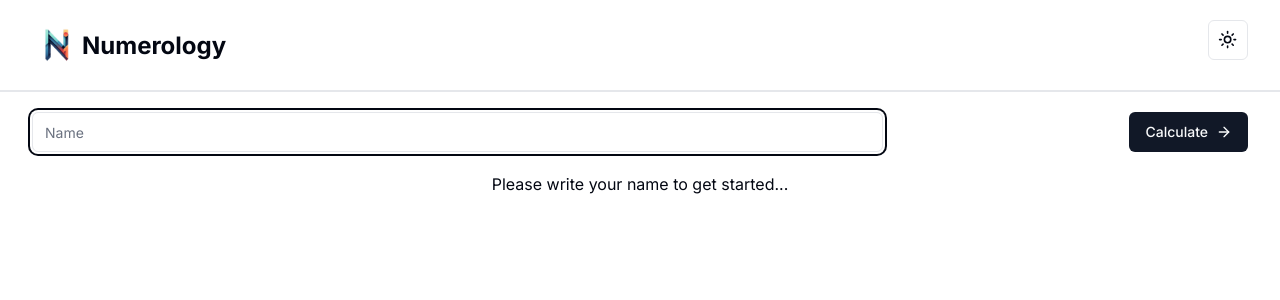
Repository: RaghunadhSahitDruvam/mynumerology
Page: /
The author's editor kept a copy of each file at every save. The page is drawn from the files as they stood at one save, then again after the next save.
The browser window is 1280 px wide. The pictures show the whole page.
The project was rebuilt for these pictures with package versions that can differ from the ones it lists, and the page was loaded fresh each time. The framework's server and built-in components were replaced by stand-ins that run in the browser. Also part of the build but not shown: next.config.js.

Above is the page before, as saved 2023-12-19 19:15:47.

### app/layout.tsx
import type { Metadata } from "next";
import { Inter } from "next/font/google";
import "./globals.css";
import { ThemeProvider } from "@/components/theme-provider";
import Header from "@/components/header";

const inter = Inter({ subsets: ["latin"] });

export const metadata: Metadata = {
  title: "Numerology",
  description: "Officially designed by ⭐ Raghunadh ⭐",
};

export default function RootLayout({
  children,
}: {
  children: React.ReactNode;
}) {
  return (
    <html lang="en">
      <body className={inter.className}>
        {" "}
        <ThemeProvider
          attribute="class"
          defaultTheme="system"
          enableSystem
          disableTransitionOnChange
        >
          {children}
        </ThemeProvider>
      </body>
    </html>
  );
}

### app/page.tsx
// @ts-nocheck
"use client";
import React, { useEffect, useRef, useState } from "react";
import { Input } from "@/components/ui/input";
import { Button } from "@/components/ui/button";
import { ArrowRight } from "lucide-react";
import axios from "axios";
import Header from "@/components/header";
import Image from "next/image";
import { useRouter, useSearchParams } from "next/navigation";

interface DataSource {
  name_g2_block?: string;
  name_g3_block?: string;
  g2tot?: number;
  g2vtot?: number;
  g2nettot?: number;
  g3tot?: number;
  g3vtot?: number;
  g3nettot?: number;
  tot_letters?: number;
}

const Page: React.FC = () => {
  let [textName, setTextName] = useState<string>("");
  const [dataSource, setDataSource] = useState<DataSource | null>(null);
  const searchParams = useSearchParams();
  let search = searchParams.get("name");
  const router = useRouter();

  useEffect(() => {
    // Set initial value only if it's different from the current state
    if (search !== null && search !== textName) {
      setTextName(search);
    }
  }, [search, textName]);

  const inputFocusRef = useRef(null);
  const buttonRef = useRef(null);
  useEffect(() => {
    inputFocusRef.current.focus();
    if (search !== null) {
      if (buttonRef.current) {
        buttonRef.current.click();
      }
    }
  }, []);
  const submitHandler = (e: React.FormEvent<HTMLFormElement>) => {
    e.preventDefault();
    axios
      .get(`https://phinzi.com/convert?name=${textName}`)
      .then((res) => setDataSource(res.data));
  };

  const updateURL = (newTextName: string) => {
    // Update the URL without a page reload
    router.push(`?name=${encodeURIComponent(newTextName)}`);
  };

  return (
    <div className="">
      <Header />

      <div>
        <form
          className="container gap flex justify-between"
          onSubmit={(e) => submitHandler(e)}
        >
          <Input
            type="text"
            placeholder="Name"
            className="w-[70%]"
            value={textName}
            ref={inputFocusRef}
            onChange={(e) => {
              const newValue = e.target.value;
              setTextName(newValue);
              updateURL(newValue); // Update the URL when input changes
            }}
          />
          <Button type="submit" ref={buttonRef}>
            Calculate <ArrowRight className="ml-2 h-4 w-4" />
          </Button>
        </form>
      </div>
      {dataSource ? (
        <>
          <div className="container mt-[30px] flex items-start justify-start">
            <table
              border={2}
              className="border-2 dark:border-white border-black"
            >
              <thead className="border-2  dark:border-white border-black p-[20px]">
                <tr className="border-2  dark:border-white border-black">
                  <th className="border-2  dark:border-white border-black ">
                    Grp.
                  </th>
                  <th className="border-2  dark:border-white border-black">
                    Name
                  </th>
                  <th className="border-2  dark:border-white border-black ">
                    Total
                  </th>
                  <th className="border-2 px-[10px]  dark:border-white border-black ">
                    V
                  </th>
                  <th className="border-2 px-[10px]  dark:border-white border-black ">
                    C
                  </th>
                </tr>
              </thead>
              <tbody className="border-2  dark:border-white border-black ">
                <tr className="border-2  dark:border-white border-black">
                  <td className="border-2  dark:border-white border-black">
                    C
                  </td>
                  <td className=" border-2  dark:border-white border-black">
                    <table
                      className=" table-padding"
                      dangerouslySetInnerHTML={{
                        __html:
                          typeof dataSource !== "undefined" &&
                          dataSource?.name_g2_block,
                      }}
                    ></table>
                  </td>

                  <td className="border-2  dark:border-white border-black">
                    {dataSource?.g2tot}
                  </td>
                  <td className="border-2  dark:border-white border-black">
                    {" "}
                    {dataSource?.g2vtot}
                  </td>
                  <td className="border-2  dark:border-white border-black">
                    {" "}
                    {dataSource?.g2nettot}
                  </td>
                </tr>
                <tr className="border-2  dark:border-white border-black">
                  <td className="border-2  dark:border-white border-black">
                    P
                  </td>
                  <td className=" border-2  dark:border-white border-black">
                    <table
                      className=" table-padding"
                      dangerouslySetInnerHTML={{
                        __html:
                          typeof dataSource !== "undefined" &&
                          dataSource?.name_g3_block,
                      }}
                    ></table>
                  </td>

                  <td className="border-2  dark:border-white border-black">
                    {dataSource?.g3tot}
                  </td>
                  <td className="border-2  dark:border-white border-black">
                    {" "}
                    {dataSource?.g3vtot}
                  </td>
                  <td className="border-2  dark:border-white border-black">
                    {" "}
                    {dataSource?.g3nettot}
                  </td>
                </tr>
              </tbody>
            </table>
          </div>
          <div className="container flex  items-start mt-[10px] justify-between">
            {" "}
            Total Letters - {dataSource?.tot_letters}
            <Button
              variant={"destructive"}
              onClick={() => {
                setDataSource(null);
                setTextName("");
                const params = new URLSearchParams(searchParams);
                params.set("name", null);
              }}
            >
              Cancel
            </Button>
          </div>
        </>
      ) : (
        <>
          {/* <div className="flex justify-center">
            <Image
              className="justify-center align-middle items-center"
              src={"/images/up.png"}
              alt="rabbit_showing_up"
              height={100}
              width={100}
            />
          </div> */}
          <div className="container flex justify-center align-middle">
            <h1>Please write your name to get started...</h1>
          </div>
        </>
      )}
    </div>
  );
};

export default Page;

### app/globals.css
@tailwind base;
@tailwind components;
@tailwind utilities;

@layer base {
  :root {
    --background: 0 0% 100%;
    --foreground: 224 71.4% 4.1%;

    --card: 0 0% 100%;
    --card-foreground: 224 71.4% 4.1%;

    --popover: 0 0% 100%;
    --popover-foreground: 224 71.4% 4.1%;

    --primary: 220.9 39.3% 11%;
    --primary-foreground: 210 20% 98%;

    --secondary: 220 14.3% 95.9%;
    --secondary-foreground: 220.9 39.3% 11%;

    --muted: 220 14.3% 95.9%;
    --muted-foreground: 220 8.9% 46.1%;

    --accent: 220 14.3% 95.9%;
    --accent-foreground: 220.9 39.3% 11%;

    --destructive: 0 84.2% 60.2%;
    --destructive-foreground: 210 20% 98%;

    --border: 220 13% 91%;
    --input: 220 13% 91%;
    --ring: 224 71.4% 4.1%;

    --radius: 0.5rem;
  }

  .dark {
    --background: 224 71.4% 4.1%;
    --foreground: 210 20% 98%;

    --card: 224 71.4% 4.1%;
    --card-foreground: 210 20% 98%;

    --popover: 224 71.4% 4.1%;
    --popover-foreground: 210 20% 98%;

    --primary: 210 20% 98%;
    --primary-foreground: 220.9 39.3% 11%;

    --secondary: 215 27.9% 16.9%;
    --secondary-foreground: 210 20% 98%;

    --muted: 215 27.9% 16.9%;
    --muted-foreground: 217.9 10.6% 64.9%;

    --accent: 215 27.9% 16.9%;
    --accent-foreground: 210 20% 98%;

    --destructive: 0 62.8% 30.6%;
    --destructive-foreground: 210 20% 98%;

    --border: 215 27.9% 16.9%;
    --input: 215 27.9% 16.9%;
    --ring: 216 12.2% 83.9%;
  }
}

@layer base {
  * {
    @apply border-border;
  }
  body {
    @apply bg-background text-foreground;
  }
  .container {
    @apply mx-[50px];
  }
  .mainHeading {
    @apply text-2xl font-bold;
  }
  .gap {
    @apply my-[20px];
  }
  .table-padding tbody > tr > td {
    @apply px-[15px];
  }
}

### components/ui/input.tsx
import * as React from "react"

import { cn } from "@/lib/utils"

export interface InputProps
  extends React.InputHTMLAttributes<HTMLInputElement> {}

const Input = React.forwardRef<HTMLInputElement, InputProps>(
  ({ className, type, ...props }, ref) => {
    return (
      <input
        type={type}
        className={cn(
          "flex h-10 w-full rounded-md border border-input bg-background px-3 py-2 text-sm ring-offset-background file:border-0 file:bg-transparent file:text-sm file:font-medium placeholder:text-muted-foreground focus-visible:outline-none focus-visible:ring-2 focus-visible:ring-ring focus-visible:ring-offset-2 disabled:cursor-not-allowed disabled:opacity-50",
          className
        )}
        ref={ref}
        {...props}
      />
    )
  }
)
Input.displayName = "Input"

export { Input }

### components/ui/button.tsx
import * as React from "react"
import { Slot } from "@radix-ui/react-slot"
import { cva, type VariantProps } from "class-variance-authority"

import { cn } from "@/lib/utils"

const buttonVariants = cva(
  "inline-flex items-center justify-center rounded-md text-sm font-medium ring-offset-background transition-colors focus-visible:outline-none focus-visible:ring-2 focus-visible:ring-ring focus-visible:ring-offset-2 disabled:pointer-events-none disabled:opacity-50",
  {
    variants: {
      variant: {
        default: "bg-primary text-primary-foreground hover:bg-primary/90",
        destructive:
          "bg-destructive text-destructive-foreground hover:bg-destructive/90",
        outline:
          "border border-input bg-background hover:bg-accent hover:text-accent-foreground",
        secondary:
          "bg-secondary text-secondary-foreground hover:bg-secondary/80",
        ghost: "hover:bg-accent hover:text-accent-foreground",
        link: "text-primary underline-offset-4 hover:underline",
      },
      size: {
        default: "h-10 px-4 py-2",
        sm: "h-9 rounded-md px-3",
        lg: "h-11 rounded-md px-8",
        icon: "h-10 w-10",
      },
    },
    defaultVariants: {
      variant: "default",
      size: "default",
    },
  }
)

export interface ButtonProps
  extends React.ButtonHTMLAttributes<HTMLButtonElement>,
    VariantProps<typeof buttonVariants> {
  asChild?: boolean
}

const Button = React.forwardRef<HTMLButtonElement, ButtonProps>(
  ({ className, variant, size, asChild = false, ...props }, ref) => {
    const Comp = asChild ? Slot : "button"
    return (
      <Comp
        className={cn(buttonVariants({ variant, size, className }))}
        ref={ref}
        {...props}
      />
    )
  }
)
Button.displayName = "Button"

export { Button, buttonVariants }

### components/header.tsx
import React from "react";
import { ModeToggle } from "./mode";
import Link from "next/link";
import Image from "next/image";

const Header = () => {
  return (
    <div className={``}>
      <div className="flex my-[20px] mainHeading justify-between  container ">
        <Link href={"/"} className="flex align-middle text-center ">
          <Image src={"/images/logo.png"} alt="logo" height={50} width={50} />
          <span className="mt-[10px]">Numerology</span>
        </Link>
        <ModeToggle />
      </div>
      <div className="border-b-2"></div>
    </div>
  );
};

export default Header;

### components/mode.tsx
"use client";

import * as React from "react";
import { Moon, Sun } from "lucide-react";
import { useTheme } from "next-themes";

import { Button } from "@/components/ui/button";
import {
  DropdownMenu,
  DropdownMenuContent,
  DropdownMenuItem,
  DropdownMenuTrigger,
} from "@/components/ui/dropdown-menu";

export function ModeToggle() {
  const { setTheme } = useTheme();

  return (
    <DropdownMenu>
      <DropdownMenuTrigger asChild>
        <Button variant="outline" size="icon">
          <Sun className="h-[1.2rem] w-[1.2rem] rotate-0 scale-100 transition-all dark:-rotate-90 dark:scale-0" />
          <Moon className="absolute h-[1.2rem] w-[1.2rem] rotate-90 scale-0 transition-all dark:rotate-0 dark:scale-100" />
          <span className="sr-only">Toggle theme</span>
        </Button>
      </DropdownMenuTrigger>
      <DropdownMenuContent align="end">
        <DropdownMenuItem onClick={() => setTheme("light")}>
          Light
        </DropdownMenuItem>
        <DropdownMenuItem onClick={() => setTheme("dark")}>
          Dark
        </DropdownMenuItem>
        <DropdownMenuItem onClick={() => setTheme("system")}>
          System
        </DropdownMenuItem>
      </DropdownMenuContent>
    </DropdownMenu>
  );
}

### components/ui/dropdown-menu.tsx
import * as React from "react"
import * as DropdownMenuPrimitive from "@radix-ui/react-dropdown-menu"
import { Check, ChevronRight, Circle } from "lucide-react"

import { cn } from "@/lib/utils"

const DropdownMenu = DropdownMenuPrimitive.Root

const DropdownMenuTrigger = DropdownMenuPrimitive.Trigger

const DropdownMenuGroup = DropdownMenuPrimitive.Group

const DropdownMenuPortal = DropdownMenuPrimitive.Portal

const DropdownMenuSub = DropdownMenuPrimitive.Sub

const DropdownMenuRadioGroup = DropdownMenuPrimitive.RadioGroup

const DropdownMenuSubTrigger = React.forwardRef<
  React.ElementRef<typeof DropdownMenuPrimitive.SubTrigger>,
  React.ComponentPropsWithoutRef<typeof DropdownMenuPrimitive.SubTrigger> & {
    inset?: boolean
  }
>(({ className, inset, children, ...props }, ref) => (
  <DropdownMenuPrimitive.SubTrigger
    ref={ref}
    className={cn(
      "flex cursor-default select-none items-center rounded-sm px-2 py-1.5 text-sm outline-none focus:bg-accent data-[state=open]:bg-accent",
      inset && "pl-8",
      className
    )}
    {...props}
  >
    {children}
    <ChevronRight className="ml-auto h-4 w-4" />
  </DropdownMenuPrimitive.SubTrigger>
))
DropdownMenuSubTrigger.displayName =
  DropdownMenuPrimitive.SubTrigger.displayName

const DropdownMenuSubContent = React.forwardRef<
  React.ElementRef<typeof DropdownMenuPrimitive.SubContent>,
  React.ComponentPropsWithoutRef<typeof DropdownMenuPrimitive.SubContent>
>(({ className, ...props }, ref) => (
  <DropdownMenuPrimitive.SubContent
    ref={ref}
    className={cn(
      "z-50 min-w-[8rem] overflow-hidden rounded-md border bg-popover p-1 text-popover-foreground shadow-lg data-[state=open]:animate-in data-[state=closed]:animate-out data-[state=closed]:fade-out-0 data-[state=open]:fade-in-0 data-[state=closed]:zoom-out-95 data-[state=open]:zoom-in-95 data-[side=bottom]:slide-in-from-top-2 data-[side=left]:slide-in-from-right-2 data-[side=right]:slide-in-from-left-2 data-[side=top]:slide-in-from-bottom-2",
      className
    )}
    {...props}
  />
))
DropdownMenuSubContent.displayName =
  DropdownMenuPrimitive.SubContent.displayName

const DropdownMenuContent = React.forwardRef<
  React.ElementRef<typeof DropdownMenuPrimitive.Content>,
  React.ComponentPropsWithoutRef<typeof DropdownMenuPrimitive.Content>
>(({ className, sideOffset = 4, ...props }, ref) => (
  <DropdownMenuPrimitive.Portal>
    <DropdownMenuPrimitive.Content
      ref={ref}
      sideOffset={sideOffset}
      className={cn(
        "z-50 min-w-[8rem] overflow-hidden rounded-md border bg-popover p-1 text-popover-foreground shadow-md data-[state=open]:animate-in data-[state=closed]:animate-out data-[state=closed]:fade-out-0 data-[state=open]:fade-in-0 data-[state=closed]:zoom-out-95 data-[state=open]:zoom-in-95 data-[side=bottom]:slide-in-from-top-2 data-[side=left]:slide-in-from-right-2 data-[side=right]:slide-in-from-left-2 data-[side=top]:slide-in-from-bottom-2",
        className
      )}
      {...props}
    />
  </DropdownMenuPrimitive.Portal>
))
DropdownMenuContent.displayName = DropdownMenuPrimitive.Content.displayName

const DropdownMenuItem = React.forwardRef<
  React.ElementRef<typeof DropdownMenuPrimitive.Item>,
  React.ComponentPropsWithoutRef<typeof DropdownMenuPrimitive.Item> & {
    inset?: boolean
  }
>(({ className, inset, ...props }, ref) => (
  <DropdownMenuPrimitive.Item
    ref={ref}
    className={cn(
      "relative flex cursor-default select-none items-center rounded-sm px-2 py-1.5 text-sm outline-none transition-colors focus:bg-accent focus:text-accent-foreground data-[disabled]:pointer-events-none data-[disabled]:opacity-50",
      inset && "pl-8",
      className
    )}
    {...props}
  />
))
DropdownMenuItem.displayName = DropdownMenuPrimitive.Item.displayName

const DropdownMenuCheckboxItem = React.forwardRef<
  React.ElementRef<typeof DropdownMenuPrimitive.CheckboxItem>,
  React.ComponentPropsWithoutRef<typeof DropdownMenuPrimitive.CheckboxItem>
>(({ className, children, checked, ...props }, ref) => (
  <DropdownMenuPrimitive.CheckboxItem
    ref={ref}
    className={cn(
      "relative flex cursor-default select-none items-center rounded-sm py-1.5 pl-8 pr-2 text-sm outline-none transition-colors focus:bg-accent focus:text-accent-foreground data-[disabled]:pointer-events-none data-[disabled]:opacity-50",
      className
    )}
    checked={checked}
    {...props}
  >
    <span className="absolute left-2 flex h-3.5 w-3.5 items-center justify-center">
      <DropdownMenuPrimitive.ItemIndicator>
        <Check className="h-4 w-4" />
      </DropdownMenuPrimitive.ItemIndicator>
    </span>
    {children}
  </DropdownMenuPrimitive.CheckboxItem>
))
DropdownMenuCheckboxItem.displayName =
  DropdownMenuPrimitive.CheckboxItem.displayName

const DropdownMenuRadioItem = React.forwardRef<
  React.ElementRef<typeof DropdownMenuPrimitive.RadioItem>,
  React.ComponentPropsWithoutRef<typeof DropdownMenuPrimitive.RadioItem>
>(({ className, children, ...props }, ref) => (
  <DropdownMenuPrimitive.RadioItem
    ref={ref}
    className={cn(
      "relative flex cursor-default select-none items-center rounded-sm py-1.5 pl-8 pr-2 text-sm outline-none transition-colors focus:bg-accent focus:text-accent-foreground data-[disabled]:pointer-events-none data-[disabled]:opacity-50",
      className
    )}
    {...props}
  >
    <span className="absolute left-2 flex h-3.5 w-3.5 items-center justify-center">
      <DropdownMenuPrimitive.ItemIndicator>
        <Circle className="h-2 w-2 fill-current" />
      </DropdownMenuPrimitive.ItemIndicator>
    </span>
    {children}
  </DropdownMenuPrimitive.RadioItem>
))
DropdownMenuRadioItem.displayName = DropdownMenuPrimitive.RadioItem.displayName

const DropdownMenuLabel = React.forwardRef<
  React.ElementRef<typeof DropdownMenuPrimitive.Label>,
  React.ComponentPropsWithoutRef<typeof DropdownMenuPrimitive.Label> & {
    inset?: boolean
  }
>(({ className, inset, ...props }, ref) => (
  <DropdownMenuPrimitive.Label
    ref={ref}
    className={cn(
      "px-2 py-1.5 text-sm font-semibold",
      inset && "pl-8",
      className
    )}
    {...props}
  />
))
DropdownMenuLabel.displayName = DropdownMenuPrimitive.Label.displayName

const DropdownMenuSeparator = React.forwardRef<
  React.ElementRef<typeof DropdownMenuPrimitive.Separator>,
  React.ComponentPropsWithoutRef<typeof DropdownMenuPrimitive.Separator>
>(({ className, ...props }, ref) => (
  <DropdownMenuPrimitive.Separator
    ref={ref}
    className={cn("-mx-1 my-1 h-px bg-muted", className)}
    {...props}
  />
))
DropdownMenuSeparator.displayName = DropdownMenuPrimitive.Separator.displayName

const DropdownMenuShortcut = ({
  className,
  ...props
}: React.HTMLAttributes<HTMLSpanElement>) => {
  return (
    <span
      className={cn("ml-auto text-xs tracking-widest opacity-60", className)}
      {...props}
    />
  )
}
DropdownMenuShortcut.displayName = "DropdownMenuShortcut"

export {
  DropdownMenu,
  DropdownMenuTrigger,
  DropdownMenuContent,
  DropdownMenuItem,
  DropdownMenuCheckboxItem,
  DropdownMenuRadioItem,
  DropdownMenuLabel,
  DropdownMenuSeparator,
  DropdownMenuShortcut,
  DropdownMenuGroup,
  DropdownMenuPortal,
  DropdownMenuSub,
  DropdownMenuSubContent,
  DropdownMenuSubTrigger,
  DropdownMenuRadioGroup,
}

Loaded but not shown: components/theme-provider.tsx (common file); lib/utils.ts (common file); tailwind.config.js (common file)

After the next save:
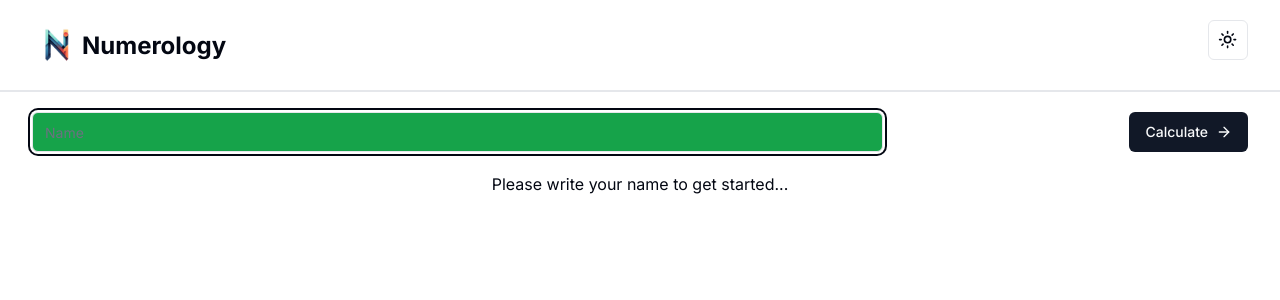
Saved 43 s later.
--- a/components/ui/input.tsx
+++ b/components/ui/input.tsx
@@ -1,6 +1,6 @@
-import * as React from "react"
+import * as React from "react";
 
-import { cn } from "@/lib/utils"
+import { cn } from "@/lib/utils";
 
 export interface InputProps
   extends React.InputHTMLAttributes<HTMLInputElement> {}
@@ -11,15 +11,15 @@
       <input
         type={type}
         className={cn(
-          "flex h-10 w-full rounded-md border border-input bg-background px-3 py-2 text-sm ring-offset-background file:border-0 file:bg-transparent file:text-sm file:font-medium placeholder:text-muted-foreground focus-visible:outline-none focus-visible:ring-2 focus-visible:ring-ring focus-visible:ring-offset-2 disabled:cursor-not-allowed disabled:opacity-50",
+          "flex h-10 w-full rounded-md border border-input bg-green-600 px-3 py-2 text-sm ring-offset-background file:border-0 file:bg-transparent file:text-sm file:font-medium placeholder:text-muted-foreground focus-visible:outline-none focus-visible:ring-2 focus-visible:ring-ring focus-visible:ring-offset-2 disabled:cursor-not-allowed disabled:opacity-50",
           className
         )}
         ref={ref}
         {...props}
       />
-    )
+    );
   }
-)
-Input.displayName = "Input"
+);
+Input.displayName = "Input";
 
-export { Input }
+export { Input };

After the save that followed:
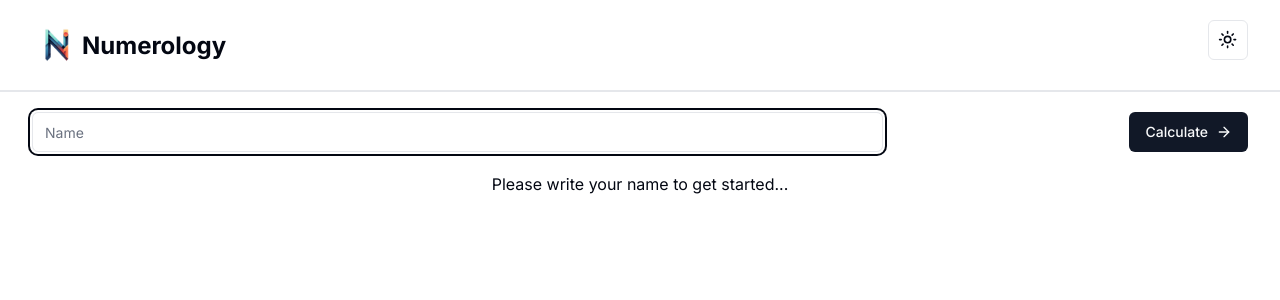
Saved 18 s later.
--- a/components/ui/input.tsx
+++ b/components/ui/input.tsx
@@ -11,7 +11,7 @@
       <input
         type={type}
         className={cn(
-          "flex h-10 w-full rounded-md border border-input bg-green-600 px-3 py-2 text-sm ring-offset-background file:border-0 file:bg-transparent file:text-sm file:font-medium placeholder:text-muted-foreground focus-visible:outline-none focus-visible:ring-2 focus-visible:ring-ring focus-visible:ring-offset-2 disabled:cursor-not-allowed disabled:opacity-50",
+          "flex h-10 w-full rounded-md border border-input bg-background text-green-600 px-3 py-2 text-sm ring-offset-background file:border-0 file:bg-transparent file:text-sm file:font-medium placeholder:text-muted-foreground focus-visible:outline-none focus-visible:ring-2 focus-visible:ring-ring focus-visible:ring-offset-2 disabled:cursor-not-allowed disabled:opacity-50",
           className
         )}
         ref={ref}
